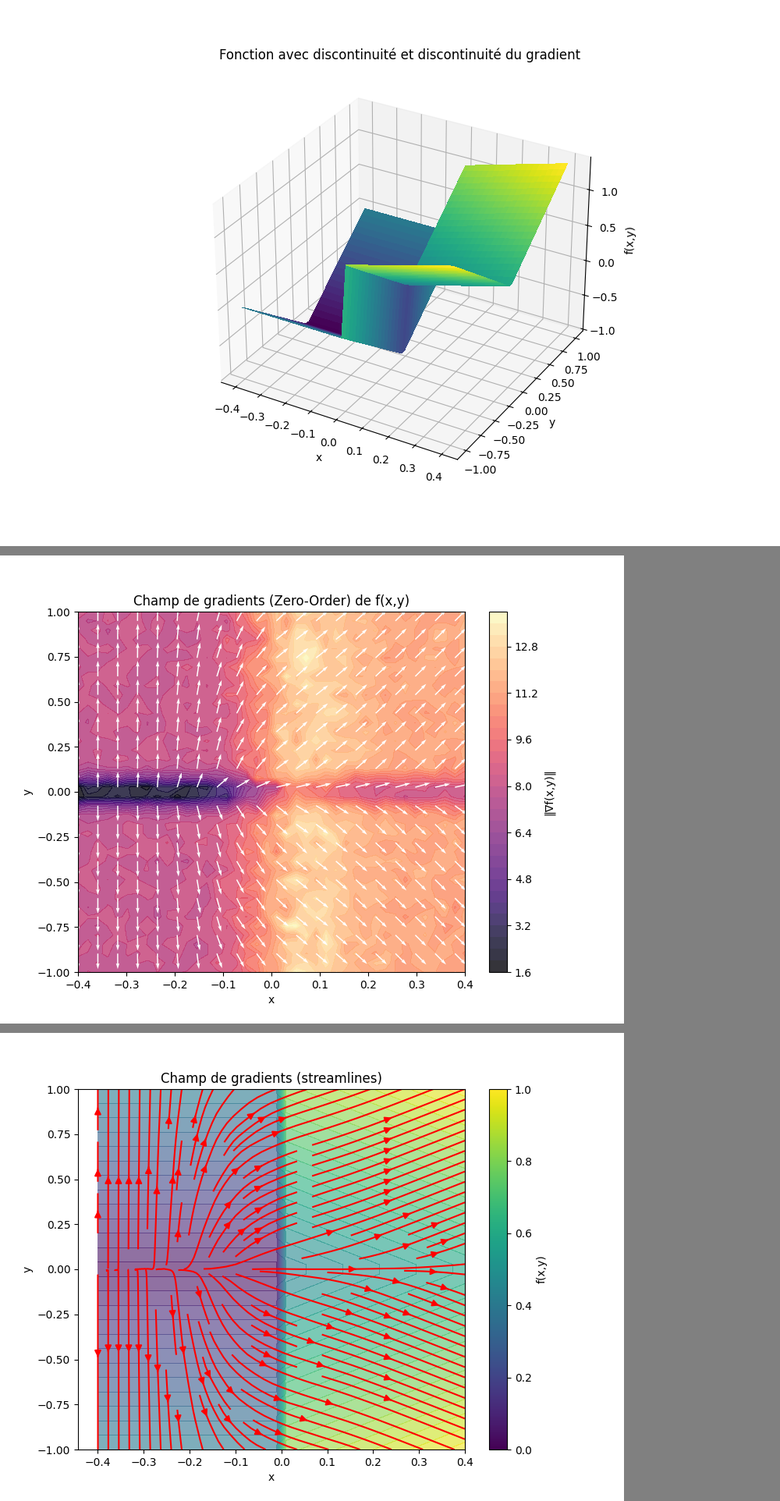
Repository: oomcth/Gradient-smoothing
Script's output: python test2D.py
The author's editor kept a copy of each file at every save. The script's output is drawn from the files as they stood at one save, then again after a run of saves.
The pictures are shown at 78% of full size.
Each picture stacks the figures in order, with grey between them; figures that are only written to a file come last. Random numbers start from a fixed seed.

Above is the script's output before, as saved 2025-11-23 23:09:50.

### test2D.py
import numpy as np
import matplotlib.pyplot as plt

sigma = 0.1
M = 500
Ns = 500
rng = np.random.default_rng()
L = 3


def f2(x, y):
    return np.where(x >= 0, x + np.abs(y), -1 + np.abs(y))


def grad_f2(Xs):
    x = Xs[:, 0]
    y = Xs[:, 1]
    dfdx = np.where(x > 0, 1.0, 0.0)
    dfdy = np.where(y > 0, 1.0, -1.0)
    return np.stack((dfdx, dfdy), axis=1)


def gaussian_density(omega, sigma):
    omega = np.asarray(omega)
    norm_sq = np.sum(omega**2, axis=-1)
    const = 1.0 / (2 * np.pi * sigma**2)
    return const * np.exp(-norm_sq / (2 * sigma**2))


def zo_gradient_2d(f, x, y):
    X = np.array([x, y])
    omegas = rng.normal(0, sigma, size=(M, 2))
    Xs = X + omegas
    f_vals = f(Xs[:, 0], Xs[:, 1])
    weights = -omegas / (sigma**2)
    grad_est = -(f_vals[:, None] * weights).mean(axis=0)
    return grad_est


def fo_gradient_2d(f, x, y):
    X = np.array([x, y])
    omegas = rng.normal(0, sigma, size=(M, 2))
    Xs = X + omegas
    grads = grad_f2(Xs)
    p_vals = gaussian_density(omegas, sigma)
    grads_vals = grads * p_vals[:, None]
    y_s = rng.uniform(-L, L, size=Ns)
    z = np.stack((np.zeros_like(y_s), y_s), axis=1)
    p_surface = gaussian_density(z - X, sigma)
    surf_term = np.array([1.0, 0.0]) * (2 * L / Ns) * np.sum(p_surface)
    return grads_vals.mean(0) + surf_term


def bi_gradient_2d(f, x, y):
    X = np.array([x, y])
    y_s = rng.uniform(-L, L, size=Ns)
    z = np.stack((np.zeros_like(y_s), y_s), axis=1)
    p_surface = gaussian_density(z - X, sigma)
    surf_term = np.array([1.0, 0.0]) * (2 * L / Ns) * np.sum(p_surface)
    return grad_f2(X) + surf_term


Xmin = -0.4
Xmax = 0.4
xv = np.linspace(Xmin, Xmax, 40)
yv = np.linspace(-1, 1, 40)
X, Y = np.meshgrid(xv, yv)

U = np.zeros_like(X)
V = np.zeros_like(Y)

for i in range(X.shape[0]):
    for j in range(X.shape[1]):
        grad = fo_gradient_2d(f2, X[i, j], Y[i, j])
        U[i, j], V[i, j] = grad[0], grad[1]

Z = f2(X, Y)

fig = plt.figure(figsize=(10, 7))
ax = fig.add_subplot(111, projection="3d")
ax.plot_surface(X, Y, Z, cmap="viridis", linewidth=0, antialiased=False)
ax.set_title("Fonction avec discontinuité et discontinuité du gradient")
ax.set_xlabel("x")
ax.set_ylabel("y")
ax.set_zlabel("f(x,y)")
plt.show()

fig, ax = plt.subplots(figsize=(8, 6))
cont = ax.contourf(X, Y, np.sqrt(U**2 + V**2), levels=30, cmap="magma", alpha=0.8)
step = 2
norm = np.sqrt(U**2 + V**2)
Udir = U / (norm + 1e-8)
Vdir = V / (norm + 1e-8)
ax.quiver(
    X[::step, ::step],
    Y[::step, ::step],
    Udir[::step, ::step],
    Vdir[::step, ::step],
    color="white",
    scale=25,
)
ax.set_xlabel("x")
ax.set_ylabel("y")
ax.set_title("Champ de gradients (Zero-Order) de f(x,y)")
plt.colorbar(cont, ax=ax, label="‖∇f(x,y)‖")
plt.show()

plt.figure(figsize=(8, 6))
plt.contourf(X, Y, Z, levels=30, cmap="viridis", alpha=0.6)
plt.streamplot(X, Y, U, V, color="red", density=1.2, arrowsize=1.2)
plt.xlabel("x")
plt.ylabel("y")
plt.title("Champ de gradients (streamlines)")
plt.colorbar(label="f(x,y)")
plt.show()

After the next 3 saves:
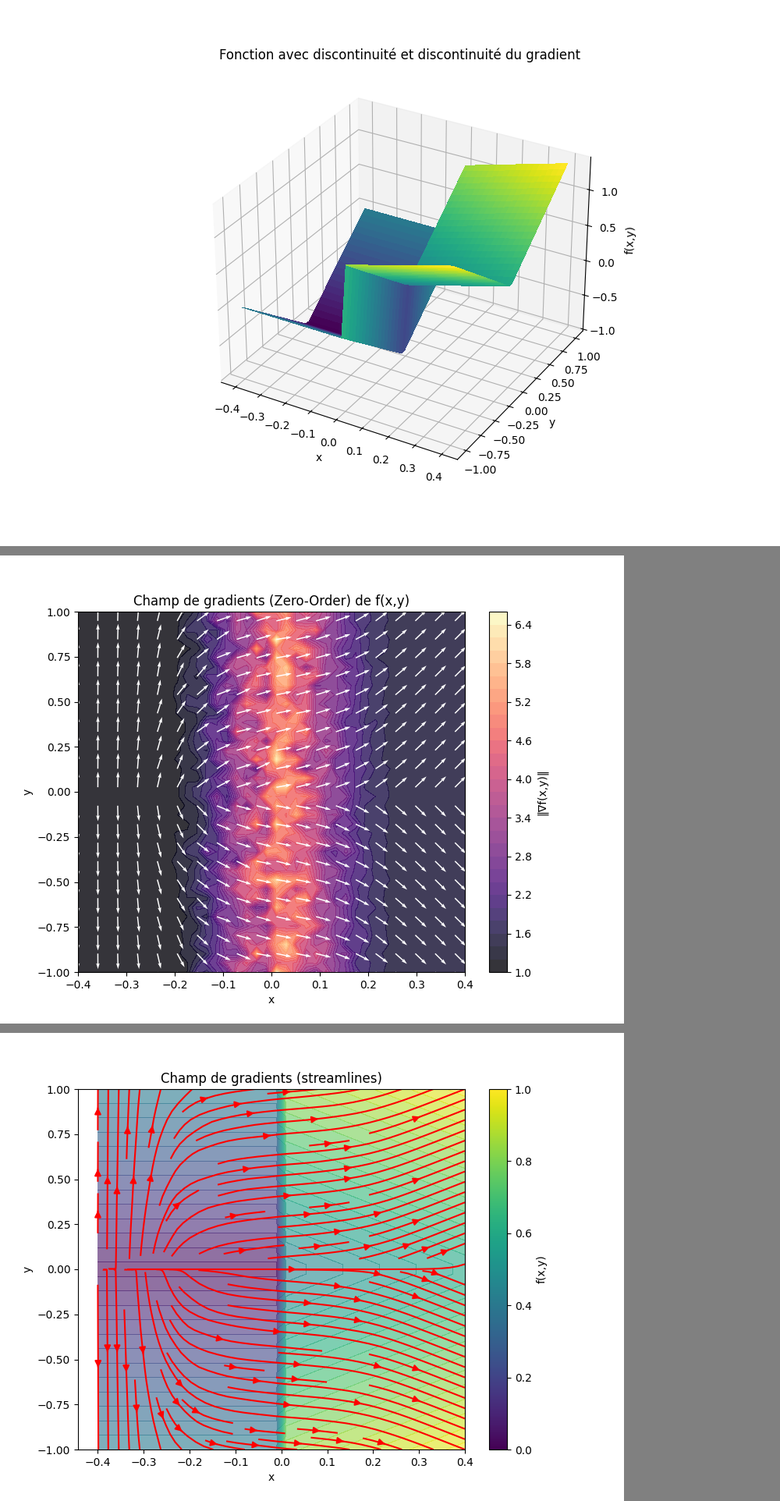
The 3 saves are shown as one change because 2 did not build or start.
The last was saved 20 s later.
--- a/test2D.py
+++ b/test2D.py
@@ -52,12 +52,12 @@
 
 
 def bi_gradient_2d(f, x, y):
-    X = np.array([x, y])
+    X = np.array([x, y])[np.newaxis, :]
     y_s = rng.uniform(-L, L, size=Ns)
     z = np.stack((np.zeros_like(y_s), y_s), axis=1)
     p_surface = gaussian_density(z - X, sigma)
     surf_term = np.array([1.0, 0.0]) * (2 * L / Ns) * np.sum(p_surface)
-    return grad_f2(X) + surf_term
+    return grad_f2(X).mean(0) + surf_term
 
 
 Xmin = -0.4
@@ -71,7 +71,7 @@
 
 for i in range(X.shape[0]):
     for j in range(X.shape[1]):
-        grad = fo_gradient_2d(f2, X[i, j], Y[i, j])
+        grad = bi_gradient_2d(f2, X[i, j], Y[i, j])
         U[i, j], V[i, j] = grad[0], grad[1]
 
 Z = f2(X, Y)

After the save that followed:
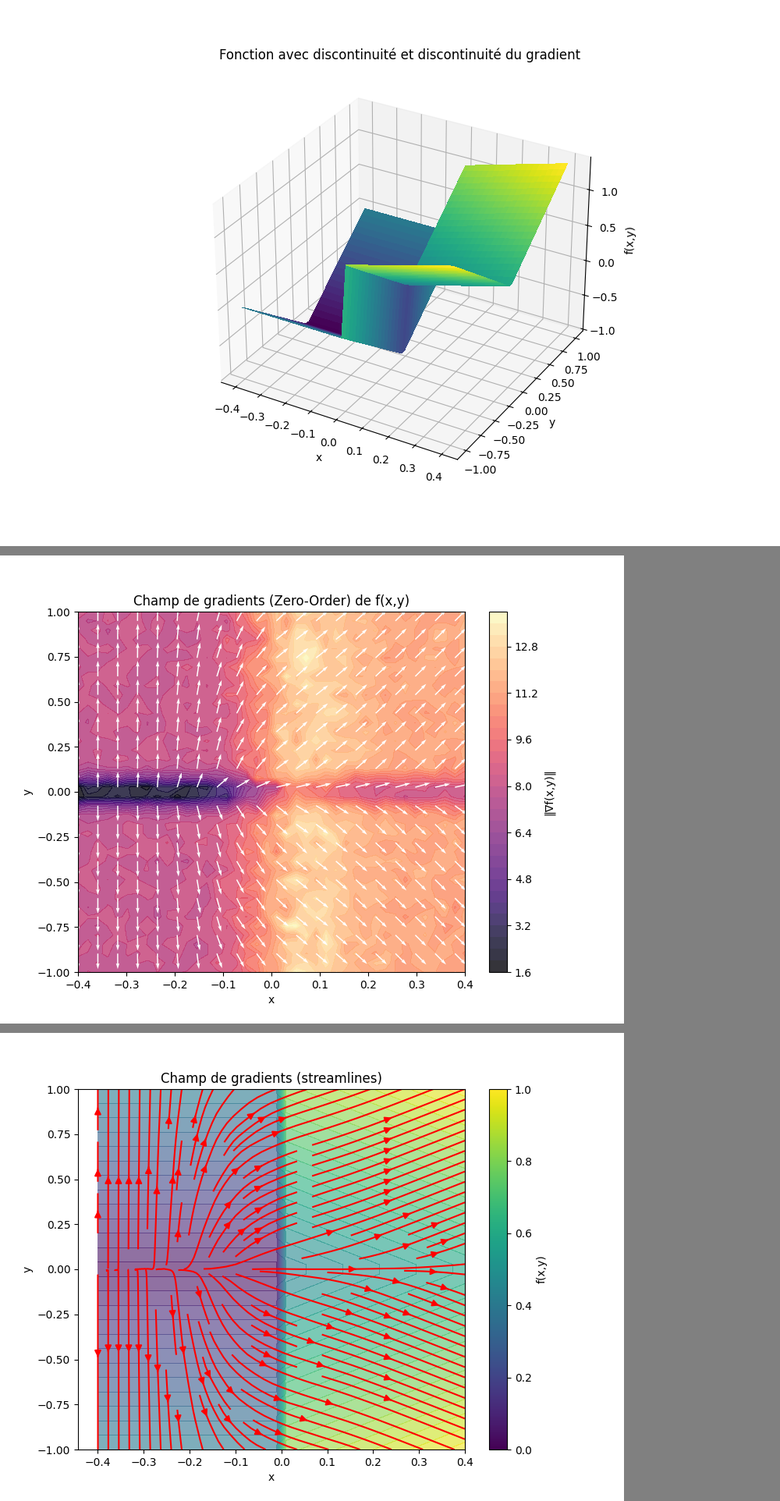
Saved 3 min 55 s later.
--- a/test2D.py
+++ b/test2D.py
@@ -71,7 +71,7 @@
 
 for i in range(X.shape[0]):
     for j in range(X.shape[1]):
-        grad = bi_gradient_2d(f2, X[i, j], Y[i, j])
+        grad = fo_gradient_2d(f2, X[i, j], Y[i, j])
         U[i, j], V[i, j] = grad[0], grad[1]
 
 Z = f2(X, Y)
